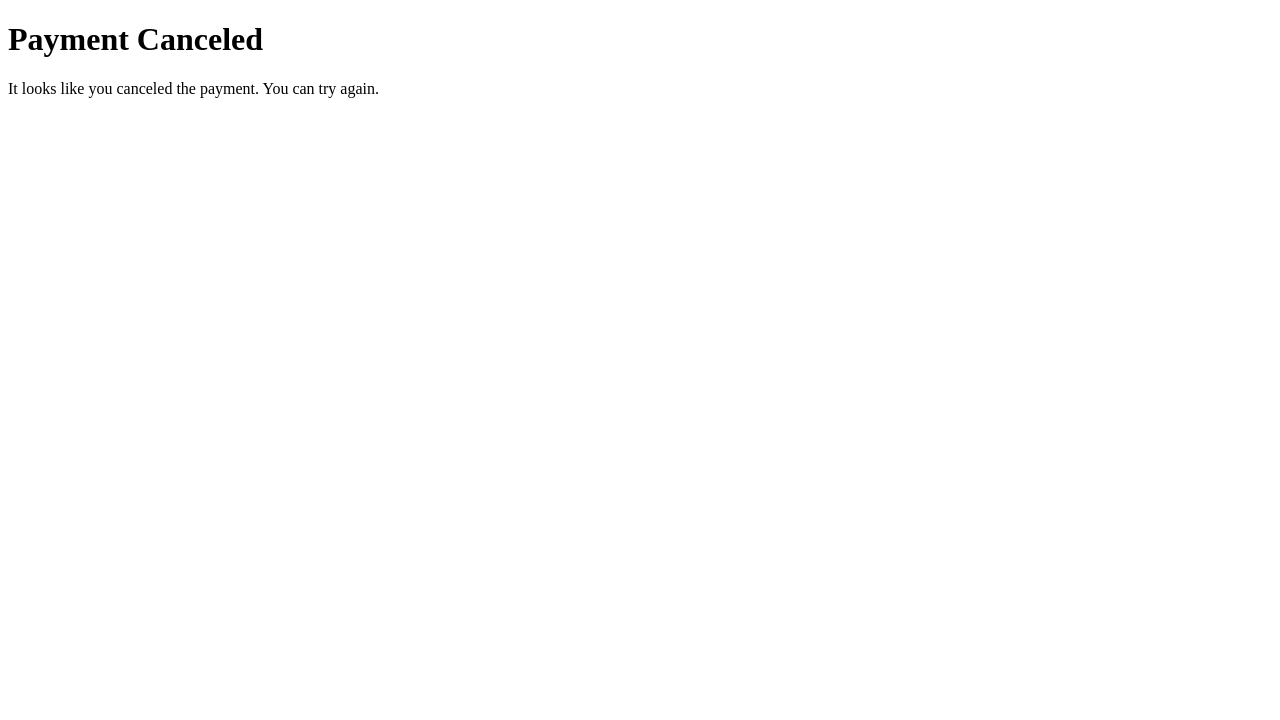
Repository: ST10356476/aiflashcards
Page: /cancel
The author's editor kept a copy of each file at every save. The page is drawn from the files as they stood at one save, then again after the next save.
The browser window is 1280 px wide. The pictures show the whole page.
The page's requests for data from a server got no answer. The project was rebuilt for these pictures with package versions that can differ from the ones it lists, and the page was loaded fresh each time. Some packages were replaced by stand-ins written for this rebuild. The framework's server and built-in components were replaced by stand-ins that run in the browser. No one was signed in, and anything a server would have sent is missing. Also part of the build but not shown: next.config.mjs.

Above is the page before, as saved 2024-08-18 01:51:42.

### pages/_app.js
import { ClerkProvider } from '@clerk/nextjs';
import { useRouter } from 'next/router';

function MyApp({ Component, pageProps }) {
  const clerkFrontendApi = process.env.NEXT_PUBLIC_CLERK_FRONTEND_API;

  if (!clerkFrontendApi) {
    console.error('Clerk publishable key is missing.');
  }

  const router = useRouter();

  return (
    <ClerkProvider
      frontendApi={clerkFrontendApi}
      navigate={(to) => router.push(to)} // Use Next.js router for navigation
    >
      <Component {...pageProps} />
    </ClerkProvider>
  );
}

export default MyApp;

### pages/cancel.js
// pages/cancel.js
import React from 'react';

export default function CancelPage() {
  return (
    <div>
      <h1>Payment Canceled</h1>
      <p>It looks like you canceled the payment. You can try again.</p>
    </div>
  );
}

Loaded but not shown: src/app/globals.css (common file); tailwind.config.js (no stored copy; drawn as an empty file)

After the next save:
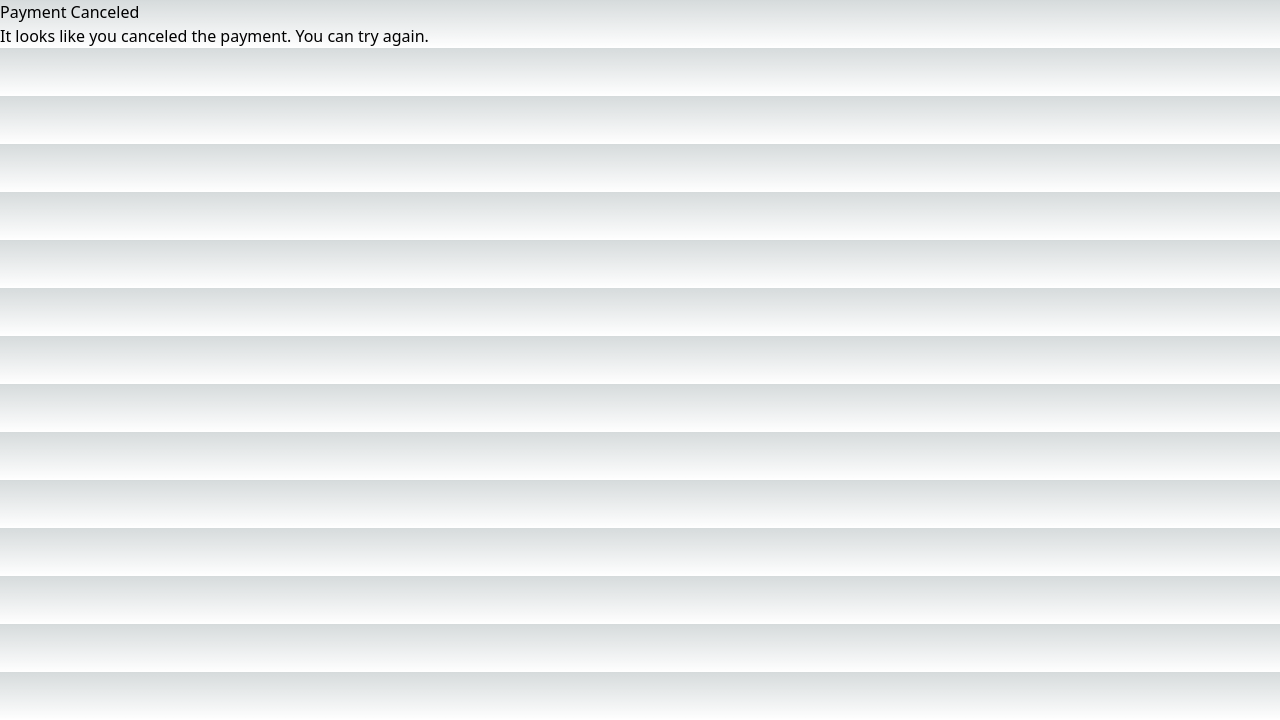
Saved 78 s later.
--- a/pages/_app.js
+++ b/pages/_app.js
@@ -1,5 +1,6 @@
 import { ClerkProvider } from '@clerk/nextjs';
 import { useRouter } from 'next/router';
+import '../styles/globals.css';
 
 function MyApp({ Component, pageProps }) {
   const clerkFrontendApi = process.env.NEXT_PUBLIC_CLERK_FRONTEND_API;
